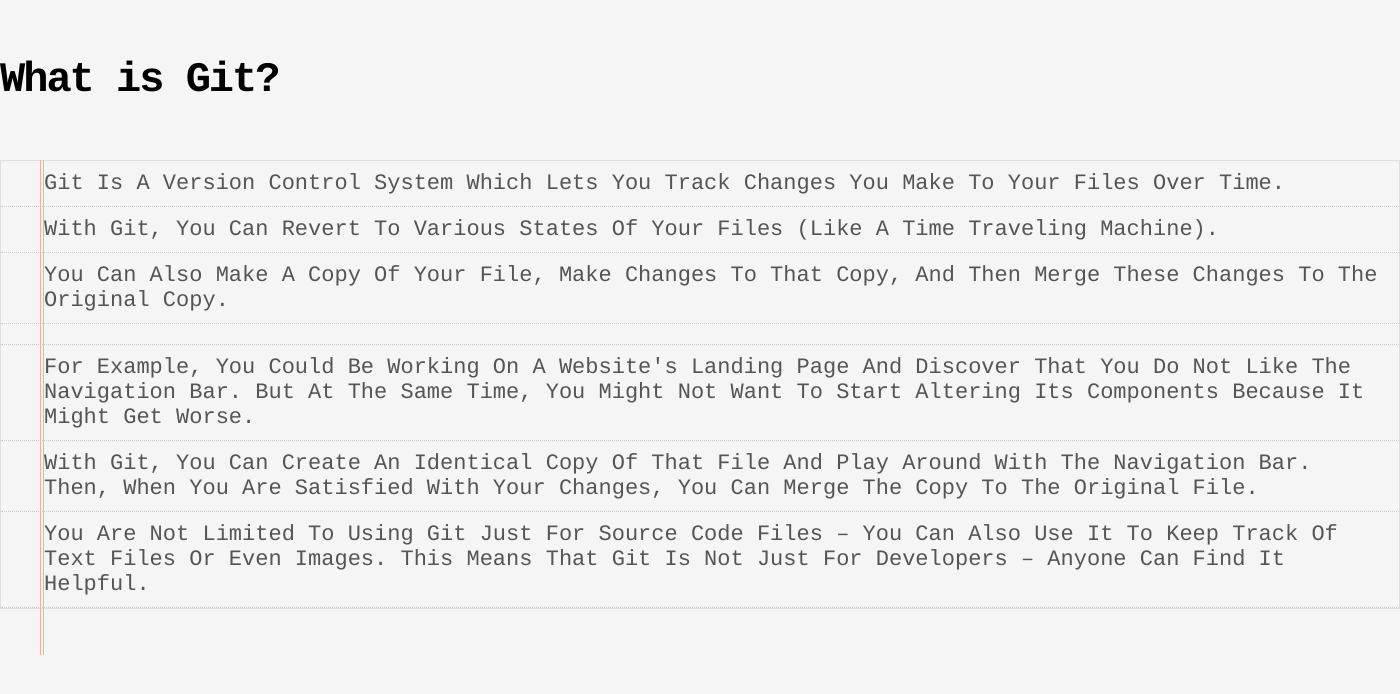
Repository: dev-singh-kanyal/Archive-git_github
Page: src/what is git.html
The author's editor kept a copy of each file at every save. The page is drawn from the files as they stood at one save, then again after the next save.
The browser window is 1280 px wide. The page is 1400 px wide, so the pictures cover 1400 px, including what lies to the right of the window. The pictures show the whole page.
Some web fonts or font styles are not loaded; a fallback is used.

Above is the page before, as saved 2022-06-24 16:37:56.

### src/what is git.html
<!DOCTYPE HTML>
<html>

<head>
   <meta charset="UTF-8">
   <title>Git</title>
   <link rel="stylesheet" href="/src/style.css">
   <link href="https://fonts.googleapis.com/css2?family=Reenie+Beanie&display=swap" rel="stylesheet">
</head>

<body>

    <h4>What is Git?</h4>

    <div class="lines"></div>

    <ul class="list">
      <li>Git is a version control system which lets you track changes you make to your files over time.</li>
      <li>With Git, you can revert to various states of your files (like a time traveling machine).</li>
      <li>You can also make a copy of your file, make changes to that copy, and then merge these changes to the original copy.</li>
      <li></li>
      <li>For example, you could be working on a website's landing page and discover that you do not like the navigation bar. But at the same time, you might not want to start altering its components because it might get worse.</li>
      <li>With Git, you can create an identical copy of that file and play around with the navigation bar. Then, when you are satisfied with your changes, you can merge the copy to the original file.</li>
      <li>You are not limited to using Git just for source code files – you can also use it to keep track of text files or even images. This means that Git is not just for developers – anyone can find it helpful.</li>
    </ul>

</body>
</html>

### src/style.css
body {
    background-color: #f5f5f5;
    width: 1400px;
    margin: 0 auto;
    padding: 0;
  }
  h4 {
    color: #000000;
    font-size: 42px;
    letter-spacing: -2px;
    font-family: courier, monospace;
    text-align: left;
  }
  a {
    text-decoration: none;
    color: inherit;
  }
  .list {
    color: #555;
    font-size: 22px;
    /* font-size: 2rem; */
    padding: 0 !important;
    width: auto;
    /* font-family: 'Reenie Beanie'; */
    font-family: courier, monospace;
    border: 1px solid #dedede;

  }
  .list li {
    list-style: none;
    border-bottom: 1px dotted #ccc;
    /* text-indent: 25px; */
    height: auto;
    padding: 10px;
    text-transform: capitalize;
  }
  .list li:hover {
    background-color: #f0f0f0;
    -webkit-transition: all 0.2s;
    -moz-transition:    all 0.2s;
    -ms-transition:     all 0.2s;
    -o-transition:      all 0.2s;
  }
  .lines {
    border-left: 1px solid #ffaa9f;
    border-right: 1px solid #ffaa9f;
    width: 2px;
    float: left;
    height: 495px;
    margin-left: 40px;

  }

After the next save:
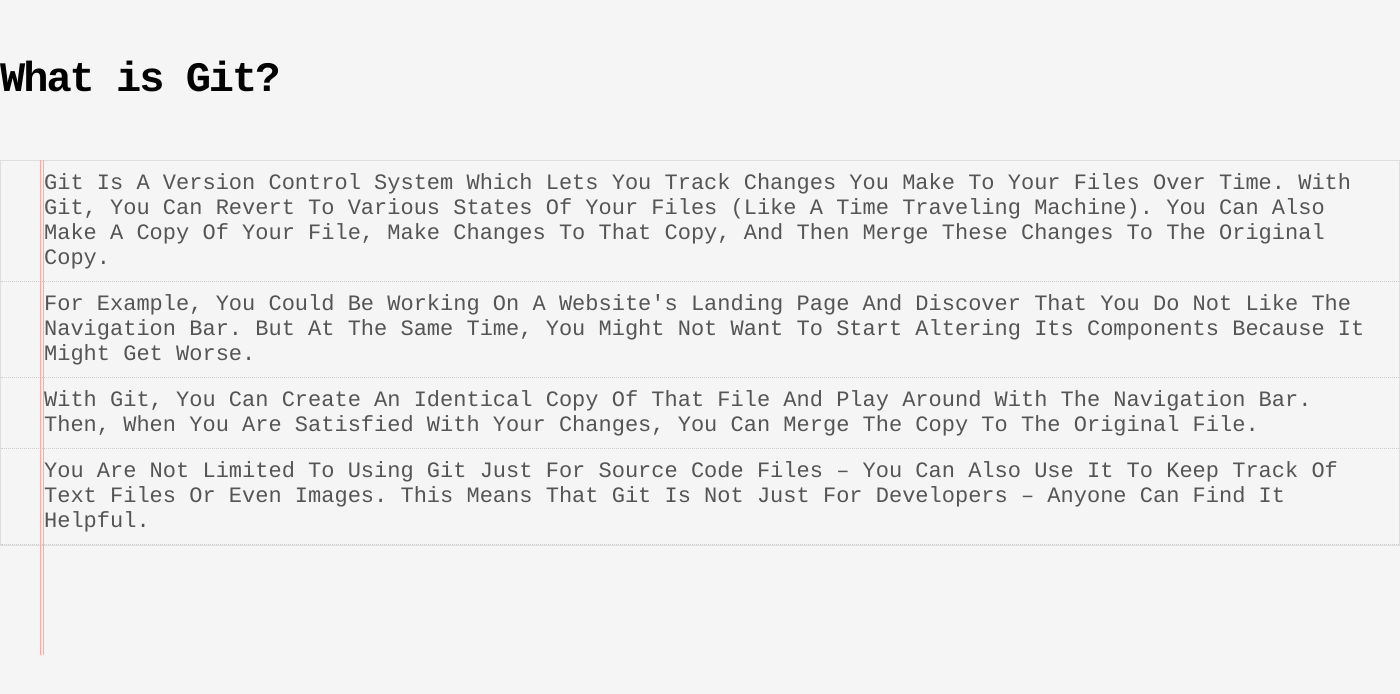
Saved 11 s later.
--- a/src/what is git.html
+++ b/src/what is git.html
@@ -3,7 +3,7 @@
 
 <head>
    <meta charset="UTF-8">
-   <title>Git</title>
+   <title>What is Git</title>
    <link rel="stylesheet" href="/src/style.css">
    <link href="https://fonts.googleapis.com/css2?family=Reenie+Beanie&display=swap" rel="stylesheet">
 </head>
@@ -15,10 +15,7 @@
     <div class="lines"></div>
 
     <ul class="list">
-      <li>Git is a version control system which lets you track changes you make to your files over time.</li>
-      <li>With Git, you can revert to various states of your files (like a time traveling machine).</li>
-      <li>You can also make a copy of your file, make changes to that copy, and then merge these changes to the original copy.</li>
-      <li></li>
+      <li>Git is a version control system which lets you track changes you make to your files over time. With Git, you can revert to various states of your files (like a time traveling machine). You can also make a copy of your file, make changes to that copy, and then merge these changes to the original copy.</li>
       <li>For example, you could be working on a website's landing page and discover that you do not like the navigation bar. But at the same time, you might not want to start altering its components because it might get worse.</li>
       <li>With Git, you can create an identical copy of that file and play around with the navigation bar. Then, when you are satisfied with your changes, you can merge the copy to the original file.</li>
       <li>You are not limited to using Git just for source code files – you can also use it to keep track of text files or even images. This means that Git is not just for developers – anyone can find it helpful.</li>
